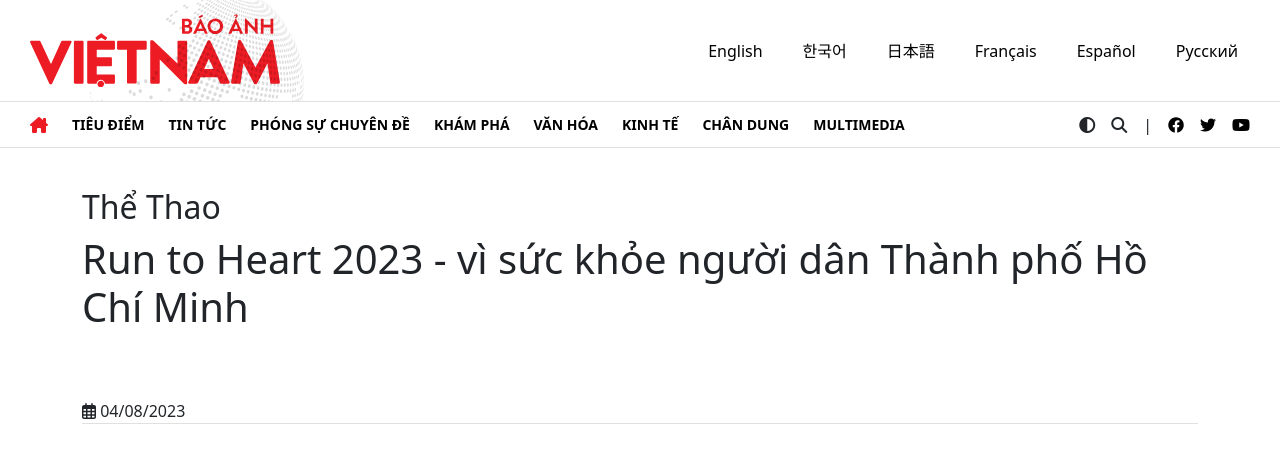
Repository: kietdotshp/webtintuc
Page: Detail.html
These files come from the project's save history. The page is drawn as it stood at one moment and after a run of saves; the edit follows.
The browser window is 1280 px wide. The pictures show the whole page.
Some web libraries are served in a nearby version.

Above is the page before, as saved 2023-08-10 16:03:44.

### Detail.html
<!DOCTYPE html>
<html lang="en">

<head>
    <title></title>
    <meta charset="UTF-8">
    <meta name="viewport" content="width=device-width, initial-scale=1">
    <link href="assets/css/detail.css" rel="stylesheet">
    <link href="https://cdn.jsdelivr.net/npm/bootstrap@5.3.1/dist/css/bootstrap.min.css" rel="stylesheet"
        integrity="sha384-4bw+/aepP/YC94hEpVNVgiZdgIC5+VKNBQNGCHeKRQN+PtmoHDEXuppvnDJzQIu9" crossorigin="anonymous">
    <link href="https://cdn.jsdelivr.net/npm/bootstrap@5.3.1/dist/css/bootstrap.min.css" rel="stylesheet"
        integrity="sha384-4bw+/aepP/YC94hEpVNVgiZdgIC5+VKNBQNGCHeKRQN+PtmoHDEXuppvnDJzQIu9" crossorigin="anonymous" />
    <script src="https://cdn.jsdelivr.net/npm/bootstrap@5.3.1/dist/js/bootstrap.bundle.min.js"></script>
    <script src="https://kit.fontawesome.com/a076d05399.js"></script>
    <link rel="stylesheet" href="https://cdnjs.cloudflare.com/ajax/libs/font-awesome/6.4.2/css/all.min.css"
        integrity="sha512-z3gLpd7yknf1YoNbCzqRKc4qyor8gaKU1qmn+CShxbuBusANI9QpRohGBreCFkKxLhei6S9CQXFEbbKuqLg0DA=="
        crossorigin="anonymous" referrerpolicy="no-referrer" />

        <link rel="stylesheet"href="https://cdnjs.cloudflare.com/ajax/libs/font-awesome/4.7.0/css/font-awesome.min.css"/>
</head>

<header>
    <div class="container-custom">
        <section class="d-flex align-items-center justify-content-between">
            <!-- Web logo -->
            <figure class="web-logo">
                <img src="./assets/images/logo-vi.svg" alt="Logo" class="img-contain" />
            </figure>

            <div class="d-none d-lg-flex align-items-center gap-3">
                <a href="javascript:void(0)" class="choose-lang">English</a>
                <a href="javascript:void(0)" class="choose-lang">한국어</a>
                <a href="javascript:void(0)" class="choose-lang">日本語</a>
                <a href="javascript:void(0)" class="choose-lang">Français</a>
                <a href="javascript:void(0)" class="choose-lang">Español</a>
                <a href="javascript:void(0)" class="choose-lang">Русский</a>
            </div>

            <a class="mobile-menu d-lg-none" href="javascript:void(0)">
                <i class="fa-solid fa-bars-staggered fs-2"></i>
            </a>
        </section>
    </div>

    <div class="line-seperate-horizontal"></div>

    <div class="container-custom">
        <section class="d-flex align-items-center justify-content-between py-3 py-lg-0">
            <div class="d-flex align-items-center gap-4 gap-xxl-5">
                <a href="javascript:void(0)">
                    <i class="fa-solid fa-house-chimney color-primary"></i>
                </a>

                <div class="d-none d-lg-flex align-items-center gap-4 gap-xxl-5">
                    <a href="javascript:void(0)" class="menu-item">Tiêu điểm</a>
                    <a href="javascript:void(0)" class="menu-item">Tin tức</a>
                    <a href="javascript:void(0)" class="menu-item">Phóng sự chuyên đề</a>
                    <a href="javascript:void(0)" class="menu-item">Khám phá</a>
                    <a href="javascript:void(0)" class="menu-item">Văn hóa</a>
                    <a href="javascript:void(0)" class="menu-item">Kinh tế</a>
                    <a href="javascript:void(0)" class="menu-item">Chân dung</a>
                    <a href="javascript:void(0)" class="menu-item">Multimedia</a>
                </div>
            </div>

            <div class="d-flex align-items-center gap-3">
                <div class="d-flex align-items-center gap-3">
                    <div class="cursor-pointer">
                        <i class="fa-solid fa-circle-half-stroke"></i>
                    </div>
                    <div class="cursor-pointer">
                        <i class="fa-solid fa-magnifying-glass"></i>
                    </div>
                </div>

                <div class="d-lg-none d-xl-block">|</div>

                <div class="d-lg-none d-xl-flex align-items-center gap-3">
                    <a href="javascript:void(0)">
                        <i class="fa-brands fa-facebook-f"></i>
                    </a>
                    <a href="javascript:void(0)">
                        <i class="fa-brands fa-twitter"></i>
                    </a>
                    <a href="javascript:void(0)">
                        <i class="fa-brands fa-youtube"></i>
                    </a>
                </div>
            </div>
        </section>
    </div>
</header>
<div class="line-seperate-horizontal"></div>

<body>
    <div class="container">
        <div class="detailmenu">
            <h2><link href="#" target="kiểu mở liên kết">Thể Thao</link> </h2>
            <h1>Run to Heart 2023 - vì sức khỏe người dân Thành phố Hồ Chí Minh</h1>
            <div class="timeline">
                <time>
                    <i class="fa-regular fa-calendar"></i>
                    04/08/2023
                </time>
            </div>
            <div class="line-seperate-horizontal"></div>
        </div>
    </div>
</body>

</html>

### assets/css/detail.css
:root {
    --main-color: #333;
    --main-red-color: #ed1c24;
    --main-white-color: #fff;
    --main-blue-color-1: #b8dcf3;
    --main-blue-color-2: #467491;
    --main-grey-color-1: #666;
    --main-grey-color-2: #888;
    --main-grey-color-3: #f0f0f0;
    --main-border-color: #e0e0e0;
  }

  /* Common */
  .body {
    display: flex;
    flex-direction: column;
    min-height: 100vh;
    font-size: 16px;
    color: var(--main-color);
    font-family: 'Roboto-Regular', sans-serif;
  }

  .img-cover {
    width: 100%;
    height: 100%;
    object-fit: cover;
  }

  .img-contain {
    width: 100%;
    height: 100%;
    object-fit: contain;
  }

  img {
    max-width: 100%;
    max-height: 100%;
  }

  a {
    text-decoration: none !important;
    color: initial !important;
  }

  .color-primary {
    color: var(--main-red-color);
  }

  .cursor-pointer {
    cursor: pointer;
  }

  .container-custom {
    max-width: 1400px;
    padding-inline: 15px;
    margin: 0 auto;

    @media (min-width: 768px) {
      padding-inline: 30px;
    }
  }

  .text-line-clamp-2 {
    display: -webkit-box;
    -webkit-line-clamp: 2;
    -webkit-box-orient: vertical;
    overflow: hidden;
  }

  .text-line-clamp-3 {
    display: -webkit-box;
    -webkit-line-clamp: 3;
    -webkit-box-orient: vertical;
    overflow: hidden;
  }

  .image-padding-top {
    position: relative;
    padding-top: 56.25%;
  }

  /* Header css */
  .web-logo {
    position: relative;
    padding-block: 14px;
    margin-bottom: 0;
    width: 150px;

    @media (min-width: 992px) {
      width: 250px;
    }
  }

  .web-logo::after {
    content: '';
    background: url('../images/earth-digital.svg') no-repeat;
    width: 100%;
    height: 100%;
    opacity: 0.2;
    position: absolute;
    right: -60px;
    top: 0;
  }

  .choose-lang {
    border-radius: 9999px;
    padding: 6px 12px;
  }

  .choose-lang:hover {
    background-color: var(--main-border-color);
  }

  .line-seperate-horizontal {
    width: 100%;
    height: 1px;
    background-color: #e0e0e0;
  }

  .line-seperate-vertical {
    width: 1px;
    height: 100%;
    background-color: #e0e0e0;
    margin: 0 auto;
  }

  .menu-item {
    text-transform: uppercase;
    font-weight: 700;
    font-size: 14px;
    position: relative;
    padding-block: 12px;
    white-space: nowrap;
  }

  .menu-item::before {
    content: '';
    position: absolute;
    top: -1px;
    left: 50%;
    right: 50%;
    transform: translate(-50%, 0);
    width: 0;
    height: 2px;
    background: var(--main-red-color);
    transition: all 0.2s linear;
  }

  .menu-item:hover:before {
    width: 100%;
  }

  /* Carousel */
  .carousel-item {
    position: absolute !important;
    top: 0;
    left: 0;
    width: 100%;
    height: 100%;
  }

  .carousel-control-next,
  .carousel-control-prev {
    width: 10% !important;
  }

  .carousel-control-prev,
  .carousel-control-next {
    opacity: 0 !important;
  }

  .carousel:hover .carousel-control-prev,
  .carousel:hover .carousel-control-next {
    transition: all 0.3s linear;
    opacity: 1 !important;
  }

  /* Main */
  .content {
    border: 1px solid var(--main-border-color);
    padding: 20px;
  }

  .content-spacing {
    margin-block: 40px;
  }

  .content-title {
    display: inline-block;
    color: var(--main-red-color);
    line-height: 26px;
    font-size: 26px;
    font-weight: 600;
    margin-bottom: 20px;
  }

  .article-title {
    font-size: 22px;
    font-weight: 600;
  }

  .article-title.sub {
    font-size: 16px;
  }

  .article-category {
    text-transform: uppercase;
    font-size: 12px;
    color: var(--main-grey-color-2);
  }

  .content-ul-list {
    padding-left: 20px;
    margin-bottom: 0;
    max-height: 480px;
    overflow: auto;
  }

  .content-ul-list li::marker {
    color: var(--main-red-color);
  }

  /* Spacing */
  .mb-10px {
    margin-bottom: 10px;
  }

  .max-w-40px {
    max-width: 40px !important;
  }
  .h2{
    color: var(--main-red-color);
  }
  .detailmenu{
    margin-top: 40px;
  }
.timeline{
    padding-top:60px
}

After the next 2 saves:
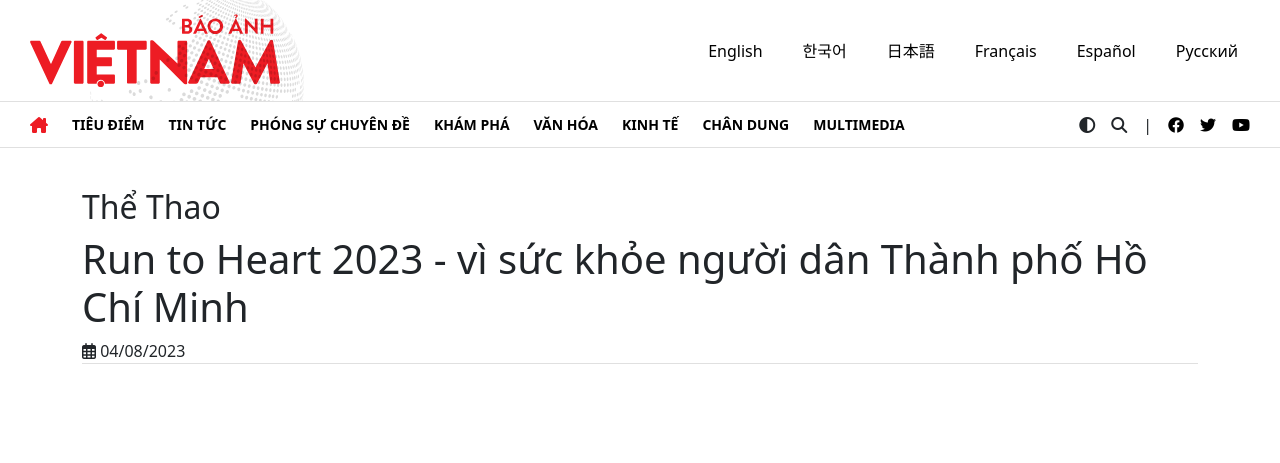
The 2 saves are shown as one change because they came seconds apart.
The last was saved 7 s later.
--- a/assets/css/detail.css
+++ b/assets/css/detail.css
@@ -235,5 +235,5 @@
     margin-top: 40px;
   }
 .timeline{
-    padding-top:60px
+    ma
 }
